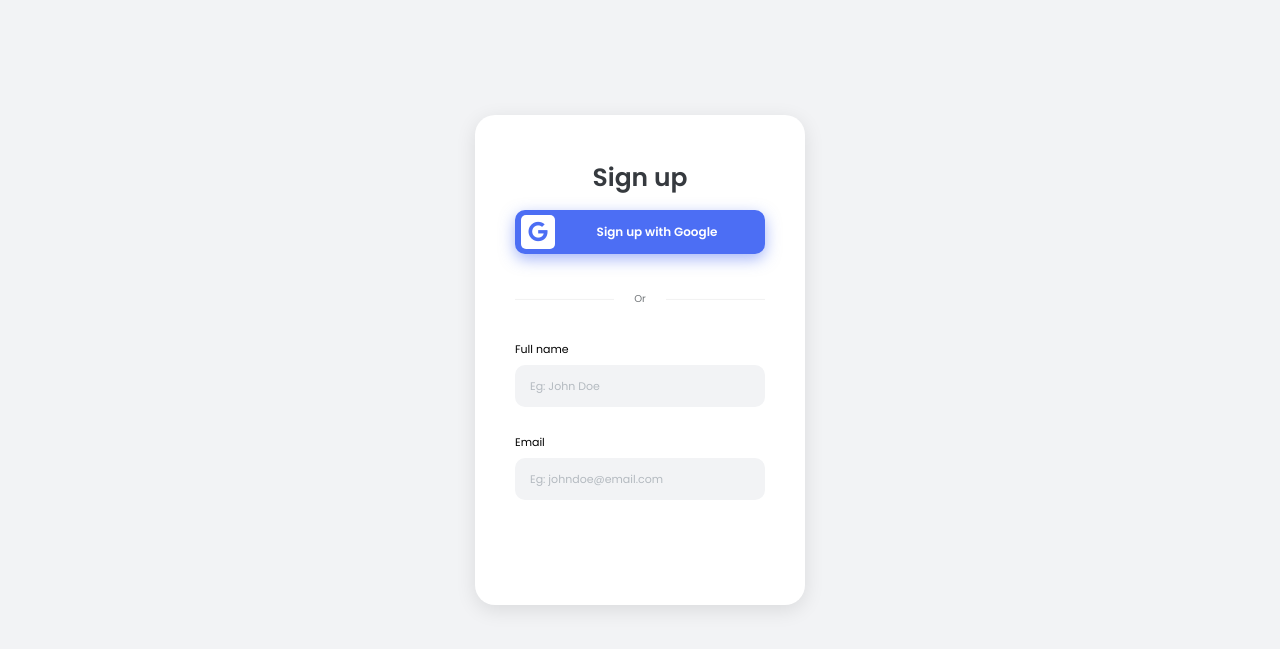
Repository: TranMinhMan040702/practice_html-css
Page: form-login/index.html
An editor plug-in stored every save of this project. The page is shown before and after the next save, followed by the edit.
The browser window is 1280 px wide. The pictures show the whole page.
Some web libraries are served in a nearby version.

Above is the page before, as saved 2022-08-24 13:40:39.

### form-login/index.html
<!DOCTYPE html>
<html lang="en">
<head>
    <meta charset="UTF-8">
    <meta http-equiv="X-UA-Compatible" content="IE=edge">
    <meta name="viewport" content="width=device-width, initial-scale=1.0">
    <link href="https://fonts.googleapis.com/css2?family=Poppins:wght@300;400;600&display=swap" rel="stylesheet">
    <link rel="stylesheet" href="https://cdnjs.cloudflare.com/ajax/libs/font-awesome/6.1.2/css/all.min.css" integrity="sha512-1sCRPdkRXhBV2PBLUdRb4tMg1w2YPf37qatUFeS7zlBy7jJI8Lf4VHwWfZZfpXtYSLy85pkm9GaYVYMfw5BC1A==" crossorigin="anonymous" referrerpolicy="no-referrer" />
    <title>Sign up</title>
    <link rel="stylesheet" href="reset.css">
    <link rel="stylesheet" href="main.css">
</head>
<body>
    <div class="singup">
        <div class="signup-heading">
            <h1>Sign up</h1>
        </div>
        <button class="signup-social">
            <i class="fa-brands fa-google signup-social-icon"></i>
            <span class="signup-social-text">
                Sign up with Google
            </span>
        </button>

        <div class="signup-or">
            <span>Or</span>
        </div>

        <form action="" class="signup-form">
            <label for="fullname"  class="signup-label">Full name</label>
            <input type="text" placeholder="Eg: John Doe" name="fullname" id="fullname" class="signup-input">
            <label for="email"  class="signup-label">Email</label>
            <input type="text" placeholder="Eg: johndoe@email.com" name="email" id="email" class="signup-input">
        </form>

    </div>
</body>
</html>

### form-login/reset.css
html,
body,
div,
span,
applet,
object,
iframe,
h1,
h2,
h3,
h4,
h5,
h6,
p,
blockquote,
pre,
a,
abbr,
acronym,
address,
big,
cite,
code,
del,
dfn,
em,
img,
ins,
kbd,
q,
s,
samp,
small,
strike,
strong,
sub,
sup,
tt,
var,
b,
u,
i,
center,
dl,
dt,
dd,
ol,
ul,
li,
fieldset,
form,
label,
legend,
table,
caption,
tbody,
tfoot,
thead,
tr,
th,
td,
article,
aside,
canvas,
details,
embed,
figure,
figcaption,
footer,
header,
hgroup,
menu,
nav,
output,
ruby,
section,
summary,
time,
mark,
audio,
video {
  margin: 0;
  padding: 0;
  border: 0;
  font-size: 100%;
  font: inherit;
  vertical-align: baseline;
}
/* HTML5 display-role reset for older browsers */
article,
aside,
details,
figcaption,
figure,
footer,
header,
hgroup,
menu,
nav,
section {
  display: block;
}
body {
  line-height: 1;
}
ol,
ul {
  list-style: none;
}
blockquote,
q {
  quotes: none;
}
blockquote:before,
blockquote:after,
q:before,
q:after {
  content: "";
  content: none;
}
table {
  border-collapse: collapse;
  border-spacing: 0;
}

### form-login/main.css
html {
    font-size: 62.5%;
    font-family: "Poppins", sans-serif;
}

* {
    box-sizing: border-box;
}

body {
    width: 100%;
    height: 100vh;
    background-color: #f2f3f5;
    display: flex;
    justify-content: center;
    align-items: center;
}

.singup {
    max-width: 330px;
    width: 100%;
    height: 490px;
    background-color: #fff;
    padding: 50px 40px;
    border-radius: 20px;
    box-shadow: 0px 5px 20px rgba(0, 0, 0, 0.1);
}

.signup-heading {
    font-size: 2.5rem;
    font-weight: 600;
    color: #363a3f;
    text-align: center;
    margin-bottom: 20px;
}

.signup-social {
    padding: 6px;
    font-family: "Poppins", sans-serif;
    font-size: 1.2rem;
    font-weight: 600;
    color: #fff;
    width: 100%;
    height: 44px;
    border-radius: 10px;
    background-color: #4c6ef4;
    display: inline-block;
    border: none;
    box-shadow: 0px 5px 15px rgba(76, 110, 244, 0.5);
    cursor: pointer;
    display: flex;
    align-items: center;
}

.signup-social-icon {
    width: 34px;
    height: 34px;
    font-size: 2rem;
    background: #fff;
    border-radius: 5px;
    color: #4c6ef4;
    display: flex;
    justify-content: center;
    align-items: center;
}

.signup-social-text {
    display: inline-block;
    margin: 0 auto;
}

.signup-or {
    font-size: 1rem;
    color: #73777a;
    text-align: center;
    position: relative;
    margin: 30px 0;
}

.signup-or span {
    display: inline-block;
    padding: 10px 20px;
    background: #fff;
    z-index: 2;
    position: relative;
}

.signup-or::after {
    content: "";
    position: absolute;
    width: 100%;
    height: 0.1px;
    background-color: #73777a;
    opacity: 0.1;
    top: 50%;
    left: 0;
    transform: translateY(-50%);
}

.signup-label {
    display: block;
    font-size: 1.1rem;
    font-weight: 400;
    margin-bottom: 10px;
}

.signup-input {
    width: 100%;
    height: 42px;
    padding: 15px;
    font-family: "Poppins", sans-serif;
    font-size: 1.1rem;
    border: none;
    border-radius: 10px;
    background-color: #f2f3f5;
    margin-bottom: 30px;
}

.signup-input::-webkit-input-placeholder {
    color: #b4bac0;
    font-weight: 500;
}

After the next save:
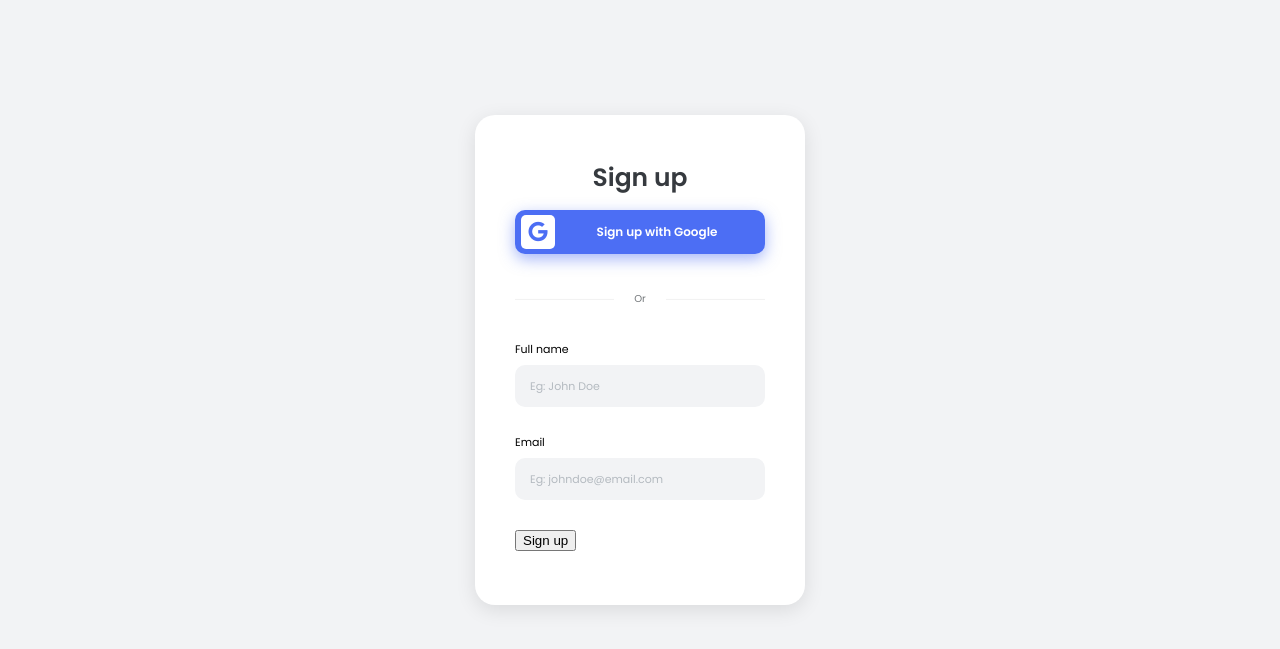
Saved 45 s later.
--- a/form-login/index.html
+++ b/form-login/index.html
@@ -33,6 +33,10 @@
             <input type="text" placeholder="Eg: johndoe@email.com" name="email" id="email" class="signup-input">
         </form>
 
+        <button class="signup-submit">
+            <span>Sign up</span>
+        </button>
+
     </div>
 </body>
 </html>
